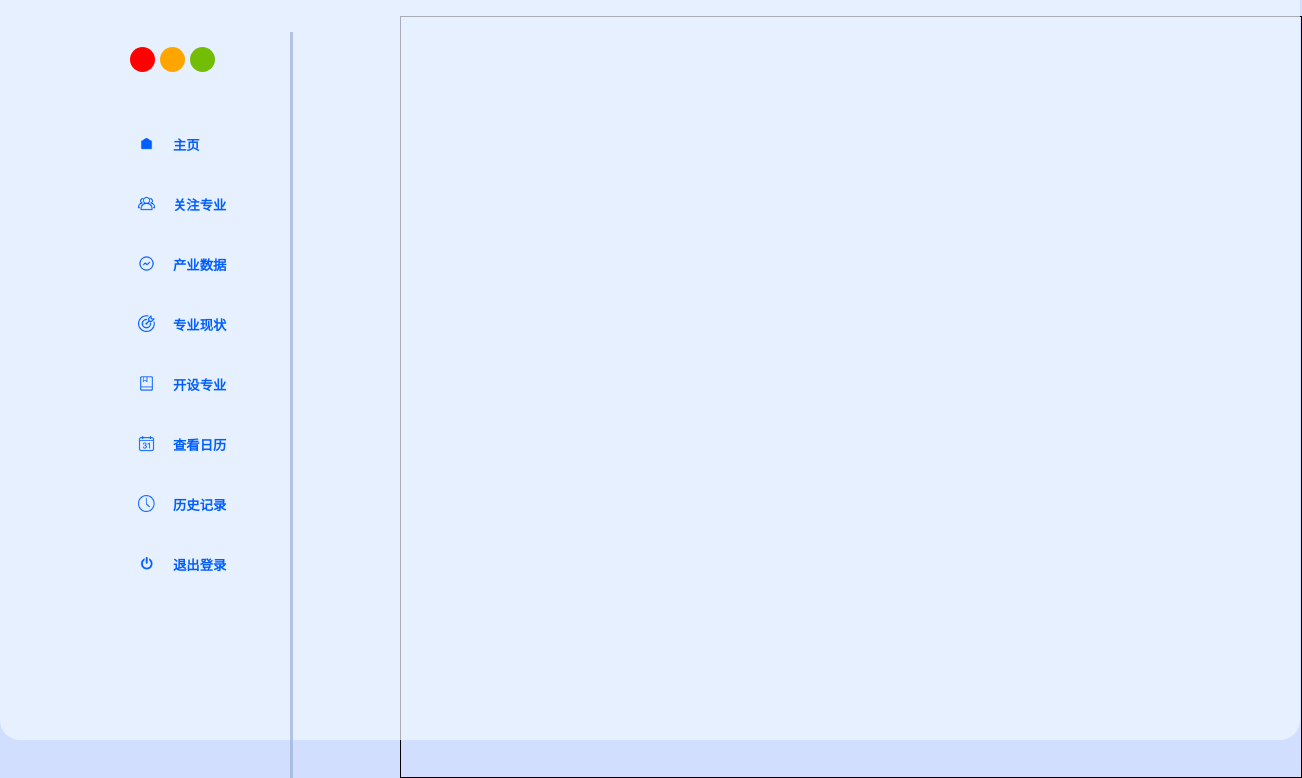
Repository: akaCSDN/test
Page: 2.1主页.html
An editor plug-in stored every save of this project. The page is shown before and after a run of saves, followed by the edit.
The browser window is 1280 px wide. The page is 1302 px wide, then 1280 px, so the pictures cover 1302 px, including what lies to the right of the window. The pictures show the whole page.

Above is the page before, as saved 2022-12-03 22:03:35.

After the next 2 saves:
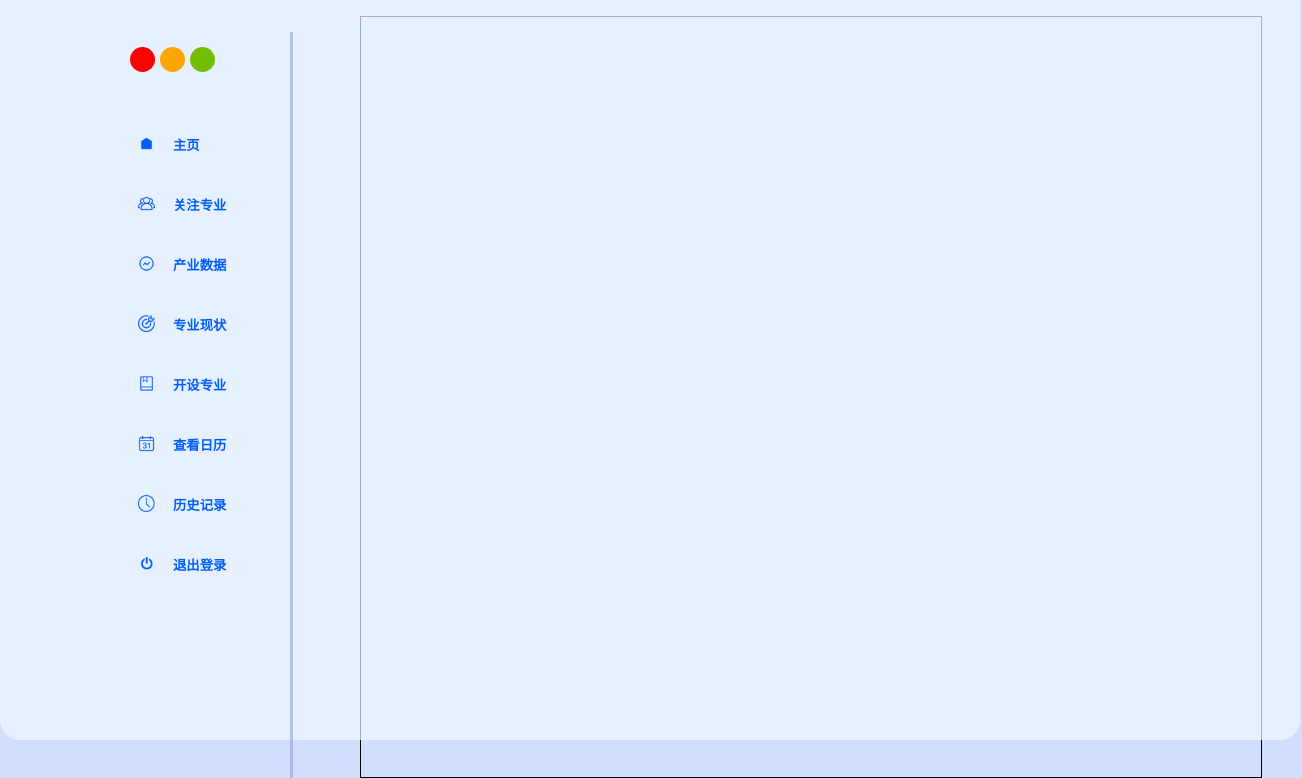
The 2 saves are shown as one change because they came seconds apart.
The last was saved 28 s later.
--- a/2.1主页.html
+++ b/2.1主页.html
@@ -99,7 +99,7 @@
             width: 900px;
             height: 760px;
             border: 1px solid black;
-            margin-left: 400px;
+            margin-left: 360px;
             margin-top: 16px;
         }
     </style>
